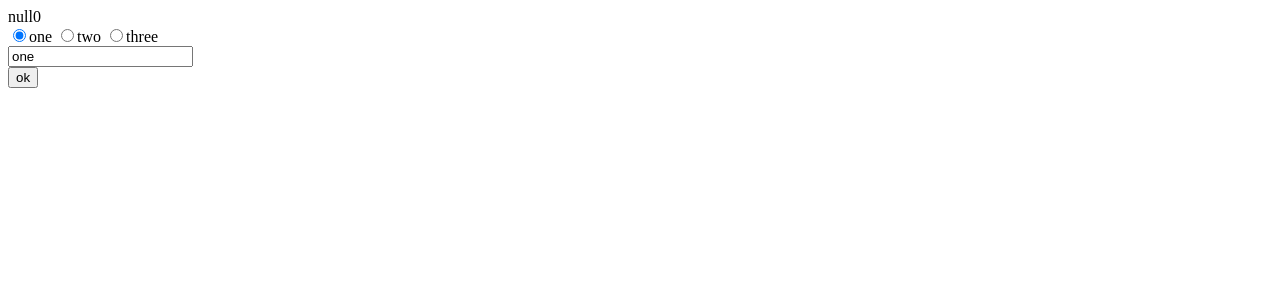
Repository: 5anniversary/JSPhw
Page: http://localhost/lecture1/test/mid2.jsp
These files come from the project's save history. The page is drawn as it stood at one moment and after the next save; the edit follows.
The browser window is 1280 px wide. The pictures show the whole page.
The page is served by Tomcat 9.

Above is the page before, as saved 2020-05-04 04:11:32.

After the next save:
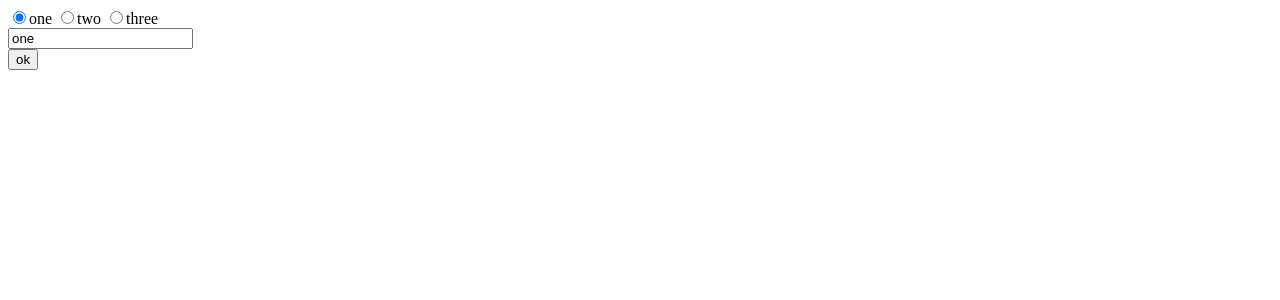
Saved 14 s later.
--- a/lecture1/WebContent/test/mid2.jsp
+++ b/lecture1/WebContent/test/mid2.jsp
@@ -22,8 +22,6 @@
 		}else if (str == "three"){
 			checked = 2;
 		}
-		out.print(str);
-		out.print(checked);
 	%>
 	<div class="container">
 		<form action="mid2.jsp" method="get">
